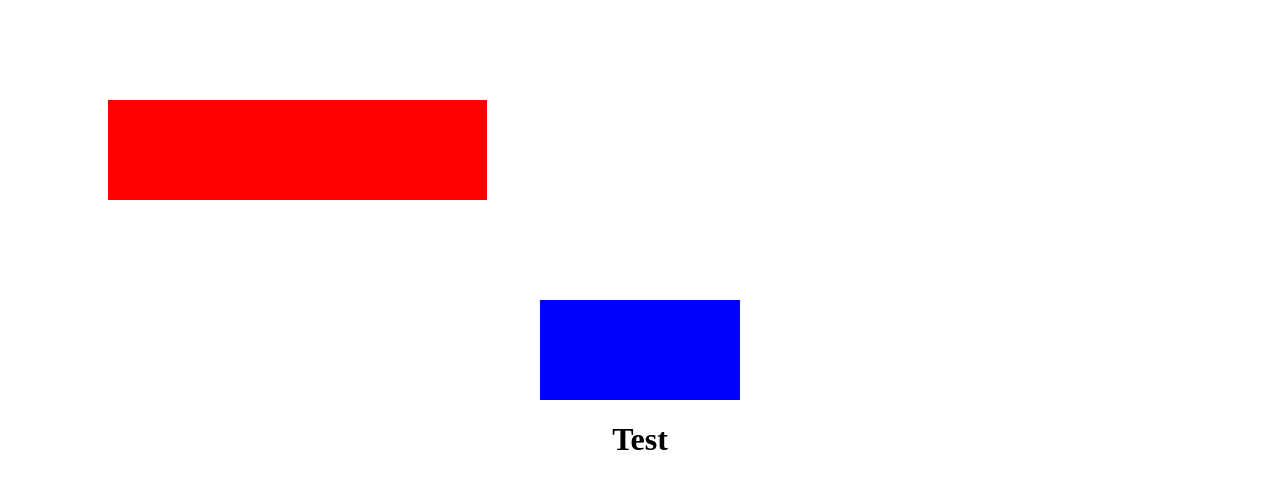
Repository: lbj0314/webTest
Page: Css_1/WebContent/css_7.html
These files come from the project's save history. The page is drawn as it stood at one moment and after the next save; the edit follows.
The browser window is 1280 px wide. The pictures show the whole page.

Above is the page before, as saved 2019-10-16 06:21:55.

After the next save:
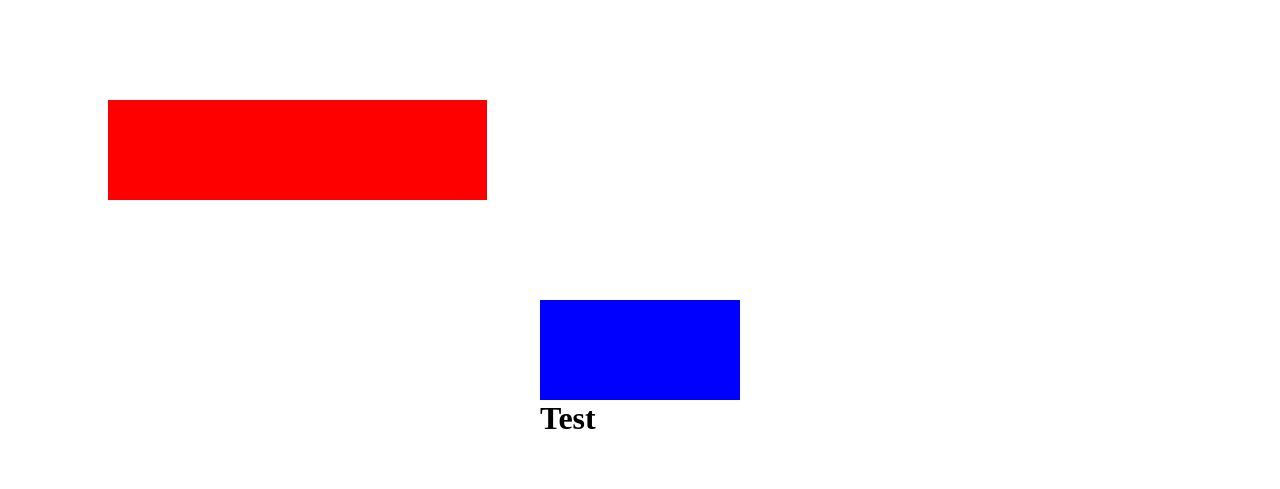
Saved 19 s later.
--- a/Css_1/WebContent/css_7.html
+++ b/Css_1/WebContent/css_7.html
@@ -21,8 +21,8 @@
 
 	}
 	.d3{
-
-	text-align: center;
+	width: 200px;
+	margin: 0 auto;
 
 
 	}
